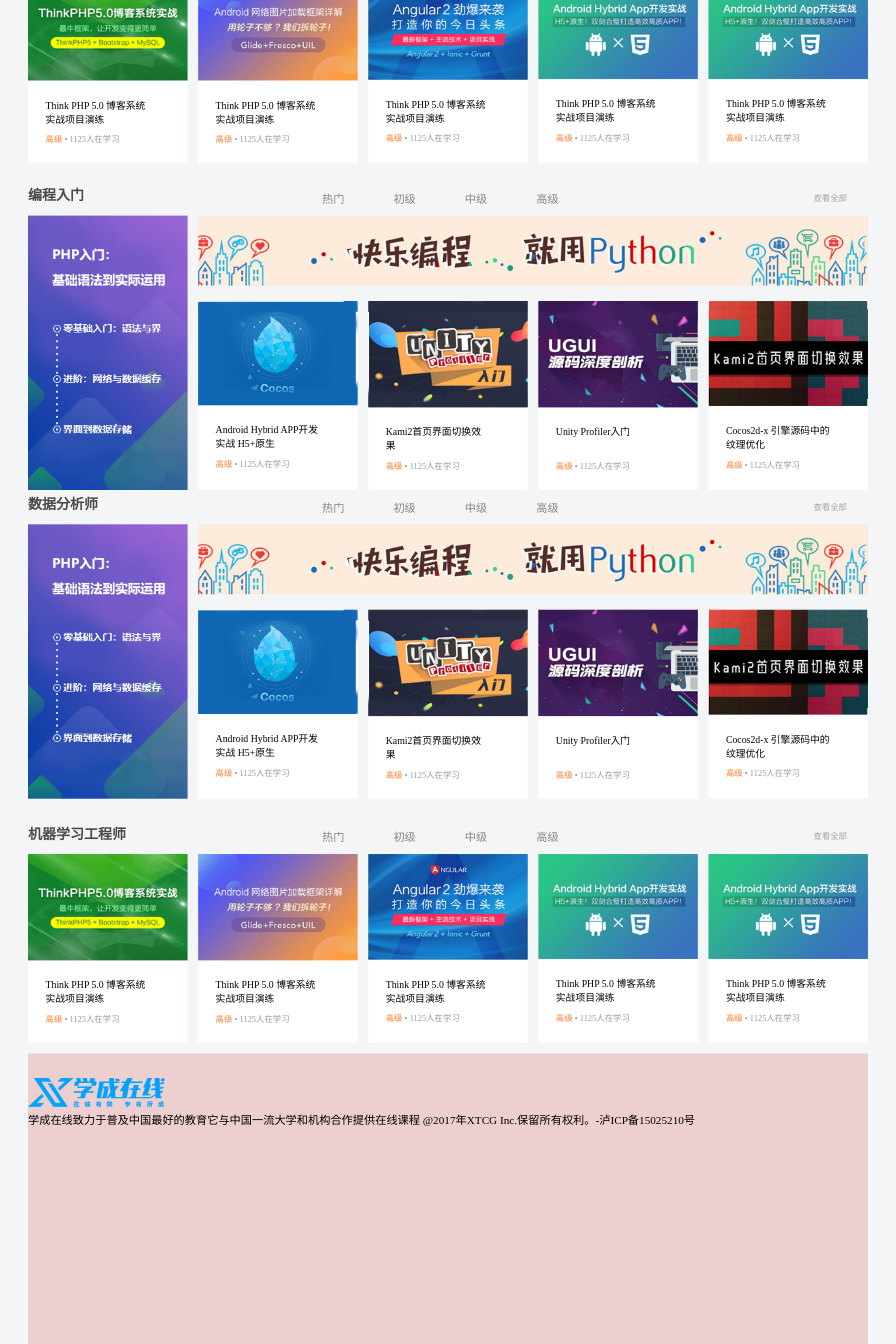
Repository: ywq0312/XueCheng
Page: index.html
An editor plug-in stored every save of this project. The page is shown before and after a run of saves, followed by the edit.
The browser window is 1280 px wide. The pictures show the part of the page from y = 990 to 2910 px (the page is 2910 px tall), at 70% of full size.

Above is the page before, as saved 2021-05-19 15:18:11.

### index.html
<!DOCTYPE html>
<html lang="en">

<head>
    <meta charset="UTF-8">
    <meta http-equiv="X-UA-Compatible" content="IE=edge">
    <meta name="viewport" content="width=device-width, initial-scale=1.0">
    <title>学成在线</title>
    <!-- 引入重置样式表 -->
    <!-- <link rel="stylesheet" href="./css/reset.css"> -->
    <!-- 引入公共样式表 -->
    <link rel="stylesheet" href="./css/base.css">
    <!-- 引入图标字体库 -->
    <link rel="stylesheet" href="./fa/css/all.css">
    <!-- 引入css样式 -->
    <link rel="stylesheet" href="./css/style.css">
</head>

<body>
    <!-- 1.头部区域 -->
    <div class="header w">
        <!-- logo部分 -->
        <div class="logo">
            <img src="./images/学成在线.png" alt="学成在线logo">
        </div>
        <!-- 导航栏部分nav -->
        <div class="nav">
            <ul>
                <li><a href="#">首页</a></li>
                <li><a href="#">课程</a></li>
                <li><a href="#">职业规划</a></li>
            </ul>
        </div>
        <!-- 搜索框 -->
        <div class="search">
            <!-- 输入关键字可以用  placeholder = "输入关键字" -->
            <input type="text" value="输入关键字" name="" id="">
            <!--
                文本框input、表单、单元格、图片都是行内块元素，行内块元素之间有一个默认缝隙
                解决办法：1.浮动中间无缝隙，可给input、button都加上浮动
            -->
            <button></button>
        </div>
        <!-- 用户模块 -->
        <div class="user">
            <img src="./images/user.png" alt="">
            qq-lilei
        </div>
    </div>
    <!-- 2.bannar部分 -->
    <div class="banner">
        <div class="w">
            <!-- 左侧导航栏模块 -->
            <div class="subnav">
                <ul>
                    <li>
                        <a href="#">
                            前端开发
                            <span> &gt; </span>
                            <!-- 如果用的是字体图标库，则需加上line-height -->
                            <!-- <span class="fas fa-angle-right"></span> -->
                        </a>
                        <!-- 这个符号也可以用大于号>代替 -->
                    </li>
                    <li>
                        <a href="#">
                            后端开发
                            <span>&gt;</span>
                            <!-- <span class="fas fa-angle-right"></span> -->
                        </a>
                    </li>
                    <li>
                        <a href="#">
                            移动开发
                            <span>&gt;</span>
                            <!-- <span class="fas fa-angle-right"></span> -->
                        </a>
                    </li>
                    <li>
                        <a href="#">
                            人工智能
                            <span>&gt;</span>
                            <!-- <span class="fas fa-angle-right"></span> -->
                        </a>
                    </li>
                    <li>
                        <a href="#">
                            商业预测
                            <span>&gt;</span>
                            <!-- <span class="fas fa-angle-right"></span> -->
                        </a>
                    </li>
                    <li>
                        <a href="#">
                            云计算&大数据
                            <span>&gt;</span>
                            <!-- <span class="fas fa-angle-right"></span> -->
                        </a>
                    </li>
                    <li>
                        <a href="#">
                            运维&从测试
                            <span>&gt;</span>
                            <!-- <span class="fas fa-angle-right"></span> -->
                        </a>
                    </li>
                    <li>
                        <a href="#">
                            UI设计
                            <span>&gt;</span>
                            <!-- <span class="fas fa-angle-right"></span> -->
                        </a>
                    </li>
                    <li>
                        <a href="#">
                            产品
                            <span>&gt;</span>
                            <!-- <span class="fas fa-angle-right"></span> -->
                        </a>
                    </li>
                </ul>
            </div>
            <!-- 课程表模块 -->
            <div class="course">
                <h2>我的课程表</h2>
                <div class="bd">
                    <ul>
                        <li>
                            <a href="#">
                                <h4>继续学习 程序语言设计</h4>
                                <p>正在学习-使用对象</p>
                            </a>
                        </li>
                        <li>
                            <a href="#">
                                <h4>继续学习 程序语言设计</h4>
                                <p>正在学习-使用对象</p>
                            </a>
                        </li>
                        <li>
                            <a href="#">
                                <h4>继续学习 程序语言设计</h4>
                                <p>正在学习-使用对象</p>
                            </a>
                        </li>
                    </ul>
                    <a href="#" class="more">全部课程</a>
                </div>
            </div>
        </div>
    </div>
    <!-- 3.精品推荐 -->
    <div class="goods w">
        <h3>精品推荐</h3>
        <ul>
            <li><a href="#">jQuery</a></li>
            <li><a href="#">Spark</a></li>
            <li><a href="#">MySQL</a></li>
            <li><a href="#">JavaWeb</a></li>
            <li><a href="#">MySQL</a></li>
            <li><a href="#">JavaWeb</a></li>
        </ul>
        <a href="#" class="mod">修改兴趣</a>
    </div>
    <!-- 4.box核心内容区域 -->
    <div class="box w">
        <div class="box-hd">
            <h3>精品推荐</h3>
            <a href="#">查看全部</a>
        </div>
        <div class="box-bd">
            <!-- ul清楚浮动的原因是底下的li是浮动的，脱离了标准流，会让下面的内容跑到li底下（子不教父之过，所以给li的父元素清除浮动） -->
            <ul class="clearfix">
                <li>
                    <em>
                        <!-- 因为底下已经有一个img图片设置了样式，所以用另外一个标签包含 -->
                        <img src="./images/hot.png" alt="">
                    </em>
                    <img src="./images/pic.png" alt="">
                    <h4>Think PHP 5.0 博客系统实战项目演练</h4>
                    <div class="info">
                        <span>高级</span> • 1125人在学习
                    </div>
                </li>
                <li>
                    <em>
                        <img src="./images/new.png" alt="">
                    </em>
                    <img src="./images/pic2.png" alt="">
                    <h4>Think PHP 5.0 博客系统实战项目演练</h4>
                    <div class="info">
                        <span>高级</span> • 1125人在学习
                    </div>
                </li>
                <li>
                    <img src="./images/pic3.png" alt="">
                    <h4>Think PHP 5.0 博客系统实战项目演练</h4>
                    <div class="info">
                        <span>高级</span> • 1125人在学习
                    </div>
                </li>
                <li>
                    <img src="./images/pic4.png" alt="">
                    <h4>Think PHP 5.0 博客系统实战项目演练</h4>
                    <div class="info">
                        <span>高级</span> • 1125人在学习
                    </div>
                </li>
                <li>
                    <img src="./images/pic4.png" alt="">
                    <h4>Think PHP 5.0 博客系统实战项目演练</h4>
                    <div class="info">
                        <span>高级</span> • 1125人在学习
                    </div>
                </li>
                <li>
                    <em>
                        <img src="./images/hot.png" alt="">
                    </em>
                    <img src="./images/pic.png" alt="">
                    <h4>Think PHP 5.0 博客系统实战项目演练</h4>
                    <div class="info">
                        <span>高级</span> • 1125人在学习
                    </div>
                </li>
                <li>
                    <em>
                        <img src="./images/new.png" alt="">
                    </em>
                    <img src="./images/pic2.png" alt="">
                    <h4>Think PHP 5.0 博客系统实战项目演练</h4>
                    <div class="info">
                        <span>高级</span> • 1125人在学习
                    </div>
                </li>
                <li>
                    <img src="./images/pic3.png" alt="">
                    <h4>Think PHP 5.0 博客系统实战项目演练</h4>
                    <div class="info">
                        <span>高级</span> • 1125人在学习
                    </div>
                </li>
                <li>
                    <img src="./images/pic4.png" alt="">
                    <h4>Think PHP 5.0 博客系统实战项目演练</h4>
                    <div class="info">
                        <span>高级</span> • 1125人在学习
                    </div>
                </li>
                <li>
                    <img src="./images/pic4.png" alt="">
                    <h4>Think PHP 5.0 博客系统实战项目演练</h4>
                    <div class="info">
                        <span>高级</span> • 1125人在学习
                    </div>
                </li>
            </ul>
        </div>
    </div>
    <!-- 5.内容区 -->
    <div class="content w clearfix">
        <div class="content-hd">
            <h3>编程入门</h3>
            <ul>
                <li><a href="#">热门</a></li>
                <li><a href="#">初级</a></li>
                <li><a href="#">中级</a></li>
                <li><a href="#">高级</a></li>
            </ul>
            <a href="#">查看全部</a>
        </div>
        <div class="content-left">
            <img src="./images/c-pic1.png" alt="">
        </div>
        <div class="content-right">
            <div class="content-top">
                <img src="./images/c-pic.png" alt="">
            </div>
            <div class="content-btn">
                <ul>
                    <li>
                        <img src="./images/c-pic2.png" alt="">
                        <h4>Android Hybrid APP开发实战 H5+原生</h4>
                        <div class="info">
                            <span>高级</span> • 1125人在学习
                        </div>
                    </li>
                    <li>
                        <img src="./images/c-pic3.png" alt="">
                        <h4>Kami2首页界面切换效果</h4>
                        <div class="info">
                            <span>高级</span> • 1125人在学习
                        </div>
                    </li>
                    <li>
                        <img src="./images/c-cip4.png" alt="">
                        <h4>Unity Profiler入门</h4>
                        <div class="info">
                            <span>高级</span> • 1125人在学习
                        </div>
                    </li>
                    <li>
                        <img src="./images/c-cip5.png" alt="">
                        <h4>Cocos2d-x 引擎源码中的纹理优化</h4>
                        <div class="info">
                            <span>高级</span> • 1125人在学习
                        </div>
                    </li>
                </ul>
            </div>
        </div>
        <div class="content w clearfix">
            <div class="content-hd">
                <h3>数据分析师</h3>
                <ul>
                    <li><a href="#">热门</a></li>
                    <li><a href="#">初级</a></li>
                    <li><a href="#">中级</a></li>
                    <li><a href="#">高级</a></li>
                </ul>
                <a href="#">查看全部</a>
            </div>
            <div class="content-left">
                <img src="./images/c-pic1.png" alt="">
            </div>
            <div class="content-right">
                <div class="content-top">
                    <img src="./images/c-pic.png" alt="">
                </div>
                <div class="content-btn">
                    <ul>
                        <li>
                            <img src="./images/c-pic2.png" alt="">
                            <h4>Android Hybrid APP开发实战 H5+原生</h4>
                            <div class="info">
                                <span>高级</span> • 1125人在学习
                            </div>
                        </li>
                        <li>
                            <img src="./images/c-pic3.png" alt="">
                            <h4>Kami2首页界面切换效果</h4>
                            <div class="info">
                                <span>高级</span> • 1125人在学习
                            </div>
                        </li>
                        <li>
                            <img src="./images/c-cip4.png" alt="">
                            <h4>Unity Profiler入门</h4>
                            <div class="info">
                                <span>高级</span> • 1125人在学习
                            </div>
                        </li>
                        <li>
                            <img src="./images/c-cip5.png" alt="">
                            <h4>Cocos2d-x 引擎源码中的纹理优化</h4>
                            <div class="info">
                                <span>高级</span> • 1125人在学习
                            </div>
                        </li>
                    </ul>
                </div>
            </div>
    </div>

    <!-- 其他内容 -->
    <div class="box">
        <div class="content-hd">
            <h3>机器学习工程师</h3>
            <ul>
                <li><a href="#">热门</a></li>
                <li><a href="#">初级</a></li>
                <li><a href="#">中级</a></li>
                <li><a href="#">高级</a></li>
            </ul>
            <a href="#">查看全部</a>
        </div>
        <div class="box-bd">
            <!-- ul清楚浮动的原因是底下的li是浮动的，脱离了标准流，会让下面的内容跑到li底下（子不教父之过，所以给li的父元素清除浮动） -->
            <ul class="clearfix">
                <li>
                    <img src="./images/pic.png" alt="">
                    <h4>Think PHP 5.0 博客系统实战项目演练</h4>
                    <div class="info">
                        <span>高级</span> • 1125人在学习
                    </div>
                </li>
                <li>
                    <img src="./images/pic2.png" alt="">
                    <h4>Think PHP 5.0 博客系统实战项目演练</h4>
                    <div class="info">
                        <span>高级</span> • 1125人在学习
                    </div>
                </li>
                <li>
                    <img src="./images/pic3.png" alt="">
                    <h4>Think PHP 5.0 博客系统实战项目演练</h4>
                    <div class="info">
                        <span>高级</span> • 1125人在学习
                    </div>
                </li>
                <li>
                    <img src="./images/pic4.png" alt="">
                    <h4>Think PHP 5.0 博客系统实战项目演练</h4>
                    <div class="info">
                        <span>高级</span> • 1125人在学习
                    </div>
                </li>
                <li>
                    <img src="./images/pic4.png" alt="">
                    <h4>Think PHP 5.0 博客系统实战项目演练</h4>
                    <div class="info">
                        <span>高级</span> • 1125人在学习
                    </div>
                </li>
            </ul>
        </div>
    </div>
    <!-- footer 页底模块 -->
    <div class="footer">
        <div class="w">
            <div class="copyright">
                <img src="./images/学成在线.png" alt="">
                <p>学成在线致力于普及中国最好的教育它与中国一流大学和机构合作提供在线课程
                    @2017年XTCG Inc.保留所有权利。-泸ICP备15025210号
                </p>
            </div>
            <div class="links">

            </div>
        </div>
    </div>

    <script>
        var text = document.querySelector('input');
        text.onfocus = function () {
            if (this.value === "输入关键字") {
                this.value = '';
            }
            this.style.color = '#333';
        }
        text.onblur = function () {
            if (this.value === '') {
                this.value = '输入关键字';
            }
            this.style.color = '#bfbfbf';
        }
    </script>
</body>

</html>

### css/base.css
.clearfix::before,
.clearfix::after{
    display: table;
    clear: both;
    content: '';
}
.w{
    width: 1200px;
    margin: auto;
}
body{
    background-color: #f3f5f7;
}
a{
    text-decoration: none;
    color: #050505;
}
li{
    list-style-type: none;
}

### css/style.css
*{
    margin: 0;
    padding: 0;
}

/* 头部区域 */
.header{
    height: 42px;
    /* 注意此地方会层叠w里面的margin */
    margin: 30px auto;
}
.logo{
    float: left;
    width: 198px;
    height: 42px;
}
.nav{
    float: left;
    margin-left: 60px;
}
.nav ul li{
    float: left;
    margin: 0 15px;
}
.nav ul li a{
    /* a是行内元素，所以转为块元素后宽高才起效 */
    display: block;
    height: 42px;
    /* 用padding把文字的宽度撑开 */
    padding: 0 10px;
    line-height: 42px;
    font-size: 18px;
    color: #050505;
    text-decoration: none;
}
.nav ul li a:hover{
    border-bottom: 2px solid #00a4ff;
    color: #00a4ff;
}
.search{
    float: left;
    width: 412px;
    height: 42px;
    background-color: skyblue;
    margin-left: 60px;
}
.search input{
    float: left;
    width: 345px;
    height: 40px;
    border: 1px solid #00a4ff;
    border-right: none;
    color: #bfbfbf;
    font-size: 14px;
    outline: none;
    /* 也可以用缩进text-index: 2em; 来将字体往左边移动 */
    padding-left: 15px;
}
.search button{
    float: left;
    width: 50px;
    height: 42px;
    background: url(../images/btn.png);
    /* 去掉按钮button默认边框 */
    border: 0;
}
.user{
    float: right;
    line-height: 42px;
    margin-right: 52px;
    font-size: 16px;
    color: #666;
    /* 图片与文字垂直居中对齐使用vertical-align: middle;  */
    vertical-align: middle;
}
/* banner区域 */
.banner{
    height: 421px;
    background-color: #1c036c;
}
.banner .w{
    height: 421px;
    background: url(../images/banner2.png) no-repeat top center;
}
/* 左侧导航 */
.subnav{
    float: left;
    width: 190px;
    height: 421px;
    background: rgba(0, 0, 0, .3);
}
.subnav ul li{
    height: 45px;
    line-height: 45px;
    padding: 0 20px;
}
.subnav ul li a{
    font-size: 14px;
    color: #fff;
}
.subnav ul li a span{
    float: right;
    /* line-height: 45px; */
}
.subnav ul li a:hover{
    color: #00a4ff;
}
.course{
    float: right;
    width: 230px;
    height: 300px;
    /* 浮动的盒子不会有外边距合并的问题，标准流盒子会发生外边距合并 */
    margin-top: 50px;
    background-color: #fff;
}
/* 右侧课程表 */
.course h2{
    height: 48px;
    background-color: #9bceea;
    text-align: center;
    line-height: 48px;
    font-size: 18px;
    color: #fff;
}
.course .bd{
    padding: 0 20px;
}
.course .bd  ul li{
    padding: 13px 0;
    border-bottom: 1px solid #ccc;
}
.course .bd  ul li h4{
    font-size: 16px;
    color: #4e4e4e;
}
.course .bd  ul li p{
    font-size: 12px;
    color: #a5a5a5;
}
.course .bd .more{
    /* a是行内元素，没有大小，需要转换成块级元素 */
    display: block;
    height: 38px;
    border: 1px solid #00a4ff;
    text-align: center;
    line-height: 38px;
    color: #00a4ff;
    font-size: 16px;
    font-weight: 700;
    margin-top: 7px;
}
/* 精品推荐模块 */
.goods{
    margin-top: 10px;
    height: 60px;
    background-color: #fff;
    /* box-shadow: (X轴偏移量)(Y轴偏移量)(阴影模糊半径)(阴影扩展半径)(阴影颜色) */
    box-shadow: 0 2px 3px 3px rgba(0, 0, 0, .1);
    /* 行高会继承，会继承给3个孩子 */
    line-height: 60px;
}
.goods h3{
    float: left;
    margin-left: 30px;
    font-size: 16px;
    color: #00a4ff;
}
.goods ul{
    float: left;
    margin-left: 30px;
}
.goods ul li{
    float: left;
}
.goods ul li a{
    padding: 0 30px;
    font-size: 16px;
    color: #050505;
    border-left: 1px solid #ccc;
}
.goods .mod{
    float: right;
    margin-right: 30px;
    font-size: 14px;
    color: #00a4ff;
}
.box{
    margin-top: 30px;
}
.box .box-hd,
.content .content-hd{
    /* 必定会有一个高度，若没有高度，底下标准流的东西会往上移 */
    height: 45px;
}
.box .box-hd h3,
.content .content-hd h3{
    float: left;
    font-size: 20px;
    color: #494949;
}
.box .box-hd a,
.content .content-hd > a{
    float: right;
    font-size: 12px;
    color: #a5a5a5;
    margin-top: 10px;
    margin-right: 30px;
}
/* 把li的父亲ul修改的足够宽，一行能装开5个盒子就不会换行了 */
.box .box-bd ul,
.content .content-btn ul{
    width: 1225px;
}
.box .box-bd ul li{
    /* 子绝父相 */
    position: relative;
    float: left;
    width: 228px;
    height: 270px;
    background-color: #fff;
    margin-right: 15px;
    margin-bottom: 15px;
}
/* li > img 的原因是因为这里的img是li的子元素，而hot图片的img是li的孙子元素，宽度就不会100% */
.box .box-bd ul li > img,
.content .content-btn ul li > img{
    width: 100%;
}
.box .box-bd ul li h4,
.content .content-btn ul li h4{
    display: block;
    width: 150px;
    height: 30px;
    margin :20px 20px 20px 25px;
    font-size: 14px;
    color: #050505;
    /* 文字不加粗 */
    font-weight: 400;
}
.box .box-bd ul li em{
    /* 绝对定位 */
    position: absolute;
    top: 4px;
    right: -4px;
}
.box .box-bd .info,
.content .content-btn .info{
    margin :20px 20px 20px 25px;
    font-size: 12px;
    color: #999;
}
.box .box-bd .info span,
.content .content-btn .info span{
    color: #ff7c2d;
}
.content{
    margin-top: 15px;
}
.content .content-hd ul{
    margin-left: 350px;
}
.content .content-hd ul li{
    float: left;
    margin-top: 8px;
    margin-left: 70px;
}
.content .content-hd ul li a{
    font: 16px;
    color: #868686;
}
.content .content-hd ul li a:hover{
    color: #00a4ff;
}
.content .content-left{
    float: left;
}
.content .content-top{
    float: right;
}
.content .content-btn ul li{
    float: left;
    width: 228px;
    height: 270px;
    background-color: #fff;
    margin-right: 15px;
    margin-top: 18px;
}
.content .content-btn ul li:first-child{
    margin-left: 15px;
}
/* 页脚部分 */
.footer{
    height: 415px;
    background: rgb(238, 207, 207);
    /* margin-top: 20px; */
}
.footer .w{
    padding-top: 35px;
}
.copyright {
    float: left;
}
.links{
    float: right;
}

Loaded but not shown: fa/css/all.css (library)

After the next 5 saves:
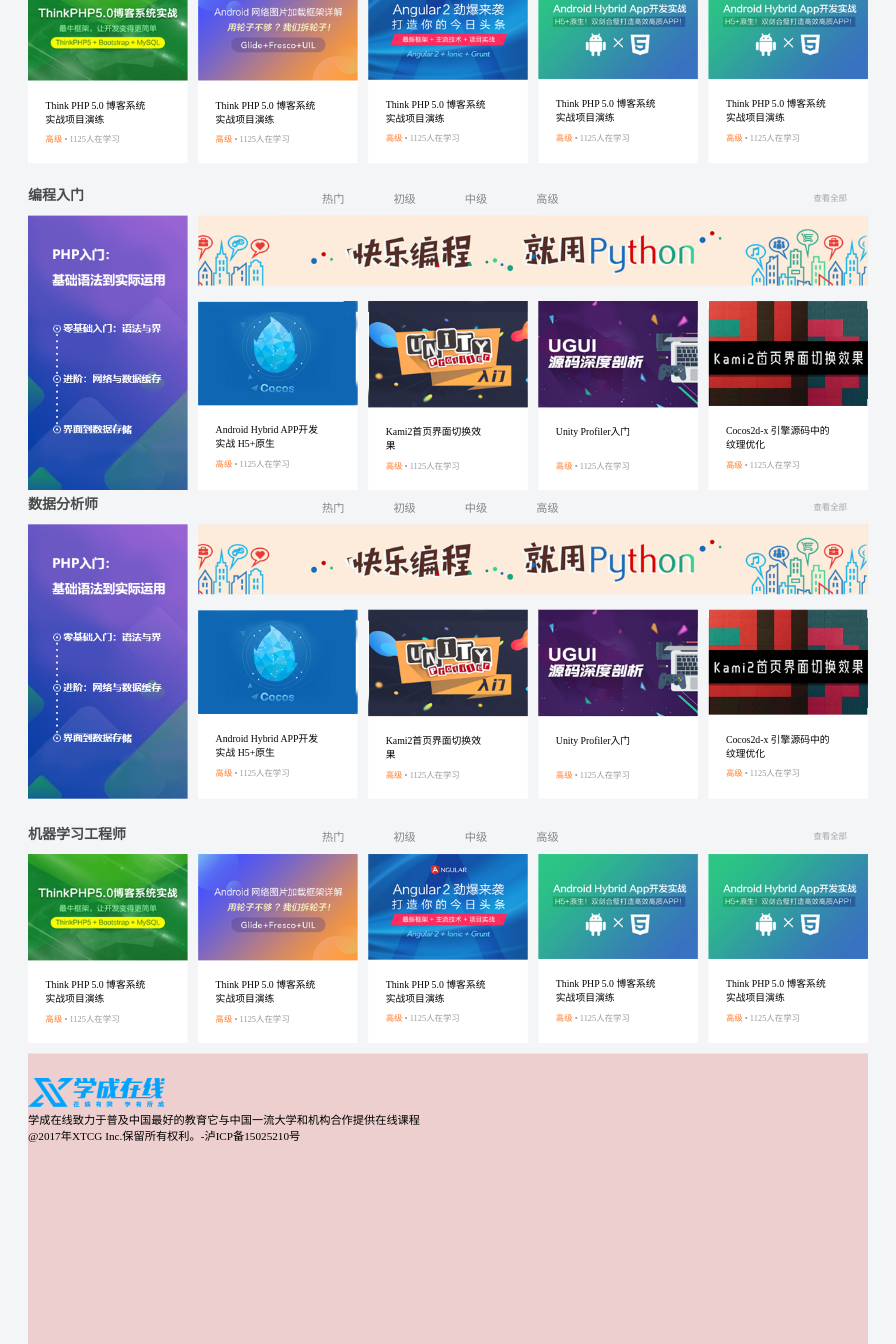
The 5 saves are shown as one change because they came seconds apart.
The last was saved 13 s later.
--- a/index.html
+++ b/index.html
@@ -420,8 +420,7 @@
         <div class="w">
             <div class="copyright">
                 <img src="./images/学成在线.png" alt="">
-                <p>学成在线致力于普及中国最好的教育它与中国一流大学和机构合作提供在线课程
-                    @2017年XTCG Inc.保留所有权利。-泸ICP备15025210号
+                <p>学成在线致力于普及中国最好的教育它与中国一流大学和机构合作提供在线课程<br>@2017年XTCG Inc.保留所有权利。-泸ICP备15025210号
                 </p>
             </div>
             <div class="links">
